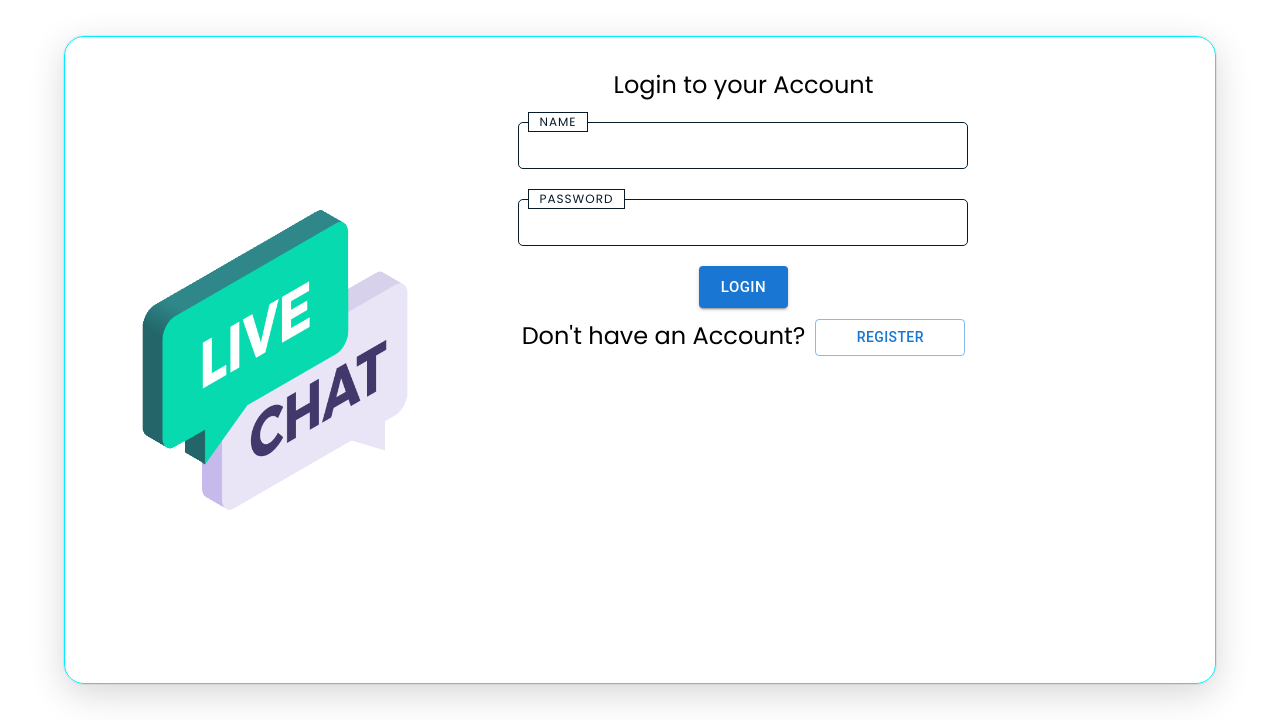
Repository: swastikjhacoder/mern-chat-frontend-only
Page: /
The author's editor kept a copy of each file at every save. The page is drawn from the files as they stood at one save, then again after a run of saves.
The browser window is 1280 px wide. The pictures show the whole page.
The project was rebuilt for these pictures with package versions that can differ from the ones it lists, and the page was loaded fresh each time. Also part of the build but not shown: src/components/chat/ConversationList.jsx, src/components/chat/SideBar.jsx, src/components/MainContainer.jsx, src/components/chat/MessageOthers.jsx, src/components/chat/MessageSelf.jsx, src/components/chat/ChatContainer.jsx, src/components/chat/OnlineUsers.jsx, src/components/chat/OnlineUsersGroup.jsx and 4 more.

Above is the page before, as saved 2023-09-22 08:38:05.

After the next 2 saves:
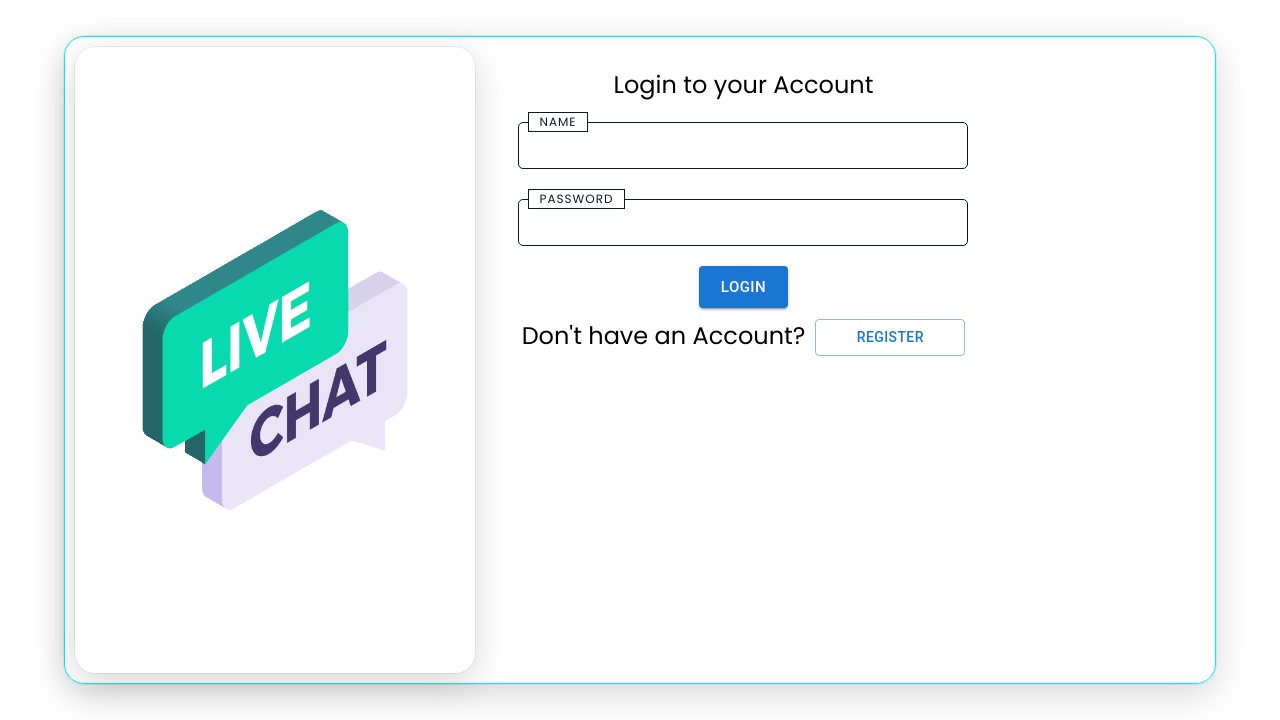
The 2 saves are shown as one change because they came seconds apart.
The last was saved 6 s later.
--- a/src/index.css
+++ b/src/index.css
@@ -488,7 +488,7 @@ body {
   align-items: center;
   padding: 0 50px;
   margin: 10px;
-  border-radius
+  border-radius: 20px;
   box-shadow: var(--box-shadow);
 }
 
